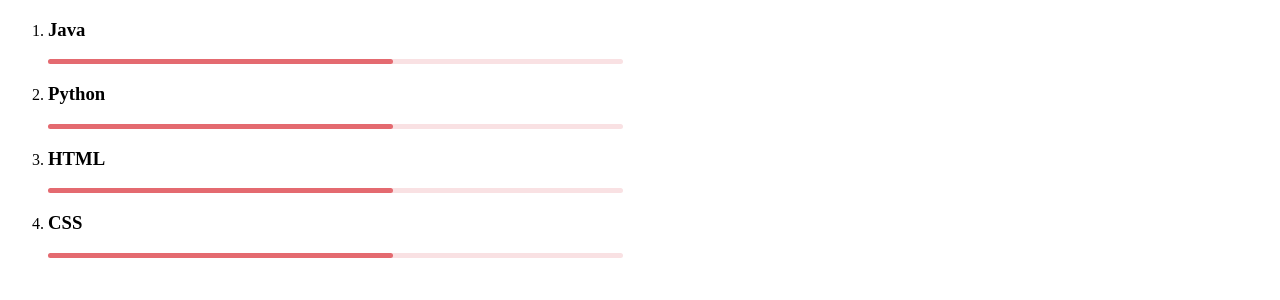
Repository: dessertss/lem-vue
Page: 3-前端路由/布局/03静态进度条.html
These files come from the project's save history. The page is drawn as it stood at one moment and after the next save; the edit follows.
The browser window is 1280 px wide. The pictures show the whole page.

Above is the page before, as saved 2022-01-12 13:49:05.

After the next save:
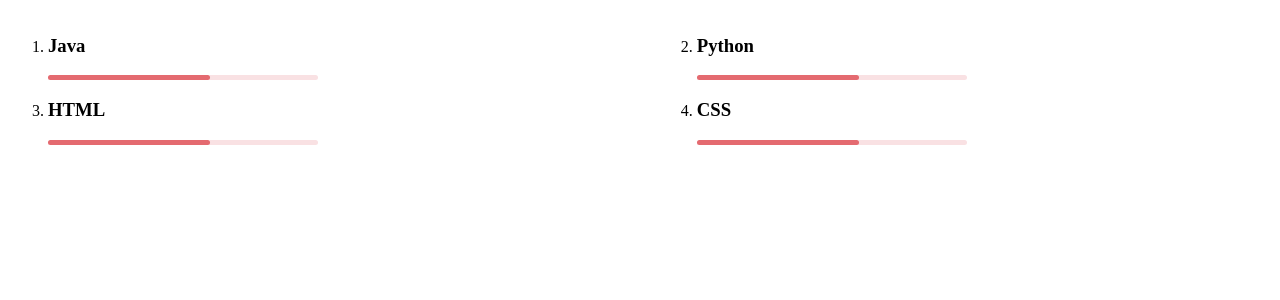
Saved 9 s later.
--- a/3-前端路由/布局/03静态进度条.html
+++ b/3-前端路由/布局/03静态进度条.html
@@ -26,6 +26,14 @@
             /* 内层背景色即进度达到的颜色 */
             background-color: #e46a70;
             border-radius: 3px;
+        }
+        .content ol li {
+            float: left;
+            width: 47%;
+        }
+
+        .content ol li:nth-child(even) {
+            float: right;
         }
     </style>
 </head>
